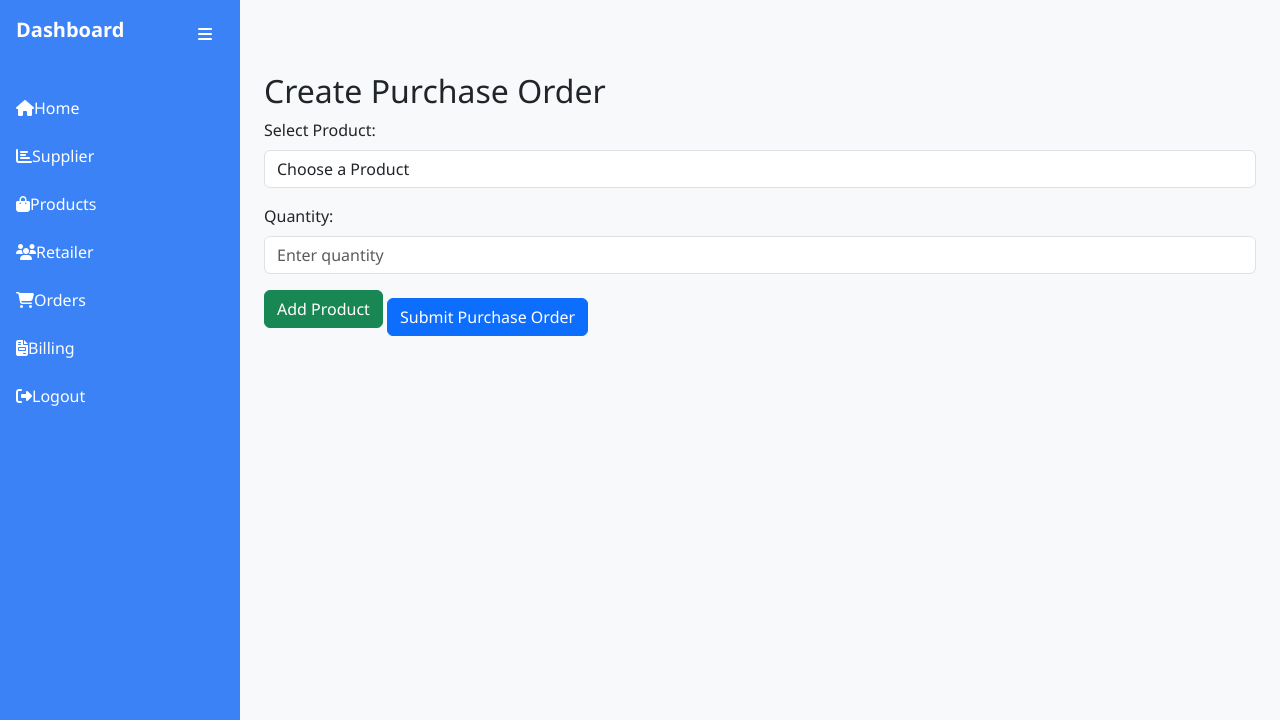
Repository: AditiAjitSalvi/Inventory_Managment
Page: http://localhost/Paper_inventory/Purchase_order.jsp
The author's editor kept a copy of each file at every save. The page is drawn from the files as they stood at one save, then again after the next save.
The browser window is 1280 px wide. The pictures show the whole page.
The page is served by Tomcat 10. Queries for data that is not in the repository find no rows.

Above is the page before, as saved 2025-06-03 06:46:03.

After the next save:
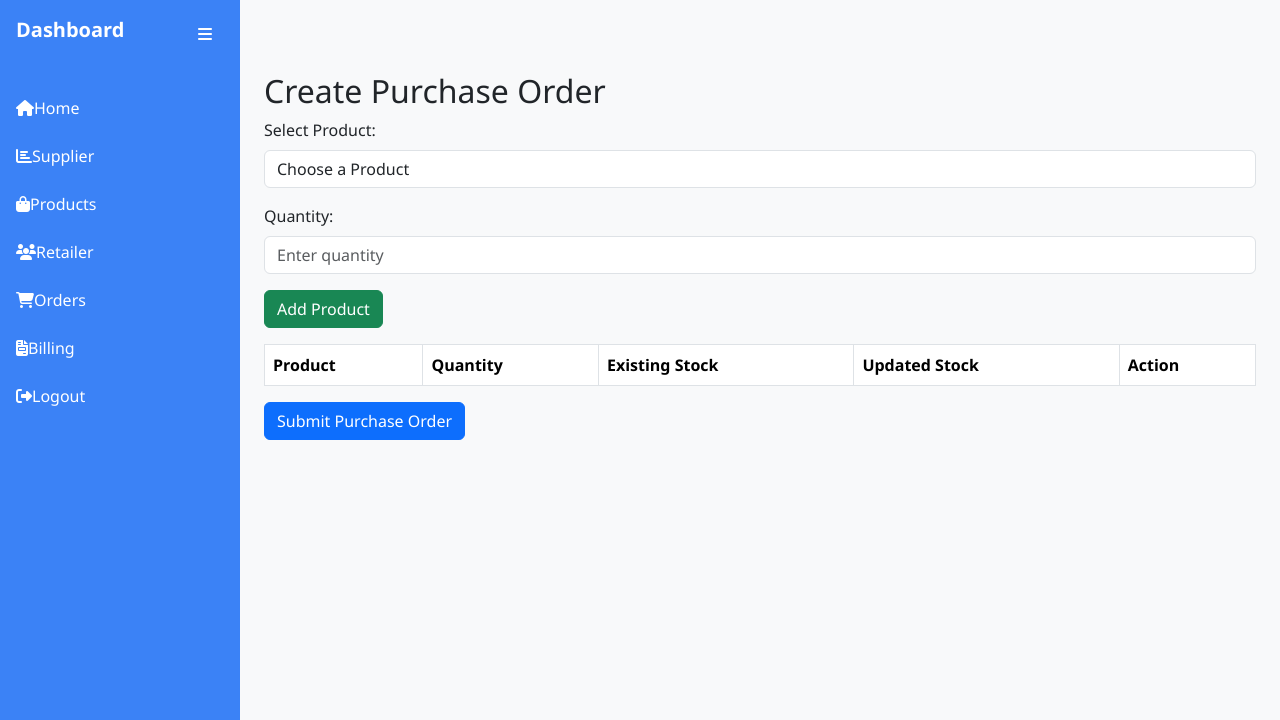
Saved 3 min 32 s later.
--- a/Paper_inventory/Paper_inventory/src/main/webapp/Purchase_order.jsp
+++ b/Paper_inventory/Paper_inventory/src/main/webapp/Purchase_order.jsp
@@ -7,14 +7,15 @@
 <%@page import="java.sql.Statement"%>
 <%@page import="java.sql.Connection"%>
 
+
 <!DOCTYPE html>
 <html lang="en">
 <head>
-  <meta charset="UTF-8">
-  <meta name="viewport" content="width=device-width, initial-scale=1.0">
+  <meta charset="UTF-8" />
+  <meta name="viewport" content="width=device-width, initial-scale=1" />
   <title>Create Purchase Order</title>
-  <link href="https://cdn.jsdelivr.net/npm/bootstrap@5.3.2/dist/css/bootstrap.min.css" rel="stylesheet">
-  <link rel="stylesheet" href="https://cdnjs.cloudflare.com/ajax/libs/font-awesome/6.4.2/css/all.min.css">
+  <link href="https://cdn.jsdelivr.net/npm/bootstrap@5.3.2/dist/css/bootstrap.min.css" rel="stylesheet" />
+  <link rel="stylesheet" href="https://cdnjs.cloudflare.com/ajax/libs/font-awesome/6.4.2/css/all.min.css" />
   <style>
     body {
       margin: 0;
@@ -103,10 +104,13 @@
                 Class.forName("com.mysql.cj.jdbc.Driver");
                 Connection con = DriverManager.getConnection("jdbc:mysql://localhost:3307/inventory", "root", "");
                 Statement stmt = con.createStatement();
-                ResultSet rs = stmt.executeQuery("SELECT product_id, product_name FROM products");
+                // Adjust 'stock' column name as per your DB schema
+                ResultSet rs = stmt.executeQuery("SELECT product_id, product_name, stock FROM products");
                 while(rs.next()){
             %>
-            <option value="<%= rs.getInt("product_id") %>" data-name="<%= rs.getString("product_name") %>">
+            <option value="<%= rs.getInt("product_id") %>"
+                    data-name="<%= rs.getString("product_name") %>"
+                    data-stock="<%= rs.getInt("stock") %>">
               <%= rs.getString("product_name") %>
             </option>
             <%
@@ -121,12 +125,25 @@
 
         <div class="mb-3">
           <label for="quantity" class="form-label">Quantity:</label>
-          <input type="number" class="form-control" id="quantity" min="1" placeholder="Enter quantity">
+          <input type="number" class="form-control" id="quantity" min="1" placeholder="Enter quantity" />
         </div>
 
         <button type="button" class="btn btn-success mb-3" onclick="addProduct()">Add Product</button>
 
-
+        <!-- Table to show added products -->
+        <table class="table table-bordered" id="productTable">
+          <thead>
+            <tr>
+              <th>Product</th>
+              <th>Quantity</th>
+              <th>Existing Stock</th>
+              <th>Updated Stock</th>
+              <th>Action</th>
+            </tr>
+          </thead>
+          <tbody>
+          </tbody>
+        </table>
 
         <button type="submit" class="btn btn-primary">Submit Purchase Order</button>
       </form>
@@ -134,54 +151,58 @@
   </div>
 
   <script src="https://cdn.jsdelivr.net/npm/bootstrap@5.3.2/dist/js/bootstrap.bundle.min.js"></script>
- <script>
-  let purchaseProducts = [];
-
-  function addProduct() {
-    const productSelect = document.getElementById('product');
-    const selectedOption = productSelect.options[productSelect.selectedIndex];
-    const quantityInput = document.getElementById('quantity');
-    const tableBody = document.getElementById('productTable').getElementsByTagName('tbody')[0];
-
-    const productId = productSelect.value;
-    const productName = selectedOption.getAttribute('data-name') || selectedOption.text;
-    const quantity = parseInt(quantityInput.value);
-
-    if (!productId) {
-      alert("Please select a product.");
-      return;
-    }
-    if (isNaN(quantity) || quantity <= 0) {
-      alert("Please enter a valid quantity.");
-      return;
-    }
-    if (purchaseProducts.some(p => p.productId === productId)) {
-      alert("Product already added. Remove it before adding again.");
-      return;
-    }
-
-    purchaseProducts.push({ productId, productName, quantity });
-
-    const newRow = tableBody.insertRow();
-    newRow.setAttribute("data-product-id", productId);
-
-    newRow.innerHTML = `
-      <td>${productName}<input type="hidden" name="productId[]" value="${productId}"></td>
-      <td>${quantity}<input type="hidden" name="quantity[]" value="${quantity}"></td>
-      <td><button type="button" class="btn btn-danger btn-sm" onclick="removeProduct(this)">Remove</button></td>
-    `;
-
-    productSelect.selectedIndex = 0;
-    quantityInput.value = "";
-  }
-
-  function removeProduct(button) {
-    const row = button.closest("tr");
-    const productId = row.getAttribute("data-product-id");
-    purchaseProducts = purchaseProducts.filter(p => p.productId !== productId);
-    row.remove();
-  }
-</script>
-
-  </body>
+  <script>
+    let purchaseProducts = [];
+
+    function addProduct() {
+      const productSelect = document.getElementById('product');
+      const selectedOption = productSelect.options[productSelect.selectedIndex];
+      const quantityInput = document.getElementById('quantity');
+      const tableBody = document.getElementById('productTable').getElementsByTagName('tbody')[0];
+
+      const productId = productSelect.value;
+      const productName = selectedOption.getAttribute('data-name') || selectedOption.text;
+      const existingStock = parseInt(selectedOption.getAttribute('data-stock')) || 0;
+      const quantity = parseInt(quantityInput.value);
+
+      if (!productId) {
+        alert("Please select a product.");
+        return;
+      }
+      if (isNaN(quantity) || quantity <= 0) {
+        alert("Please enter a valid quantity.");
+        return;
+      }
+      if (purchaseProducts.some(p => p.productId === productId)) {
+        alert("Product already added. Remove it before adding again.");
+        return;
+      }
+
+      purchaseProducts.push({ productId, productName, quantity });
+
+      const updatedStock = existingStock + quantity;
+
+      const newRow = tableBody.insertRow();
+      newRow.setAttribute("data-product-id", productId);
+
+      newRow.innerHTML = `
+        <td>${productName}<input type="hidden" name="productId[]" value="${productId}"></td>
+        <td>${quantity}<input type="hidden" name="quantity[]" value="${quantity}"></td>
+        <td>${existingStock}</td>
+        <td>${existingStock} + ${quantity} = ${updatedStock}</td>
+        <td><button type="button" class="btn btn-danger btn-sm" onclick="removeProduct(this)">Remove</button></td>
+      `;
+
+      productSelect.selectedIndex = 0;
+      quantityInput.value = "";
+    }
+
+    function removeProduct(button) {
+      const row = button.closest("tr");
+      const productId = row.getAttribute("data-product-id");
+      purchaseProducts = purchaseProducts.filter(p => p.productId !== productId);
+      row.remove();
+    }
+  </script>
+</body>
 </html>
